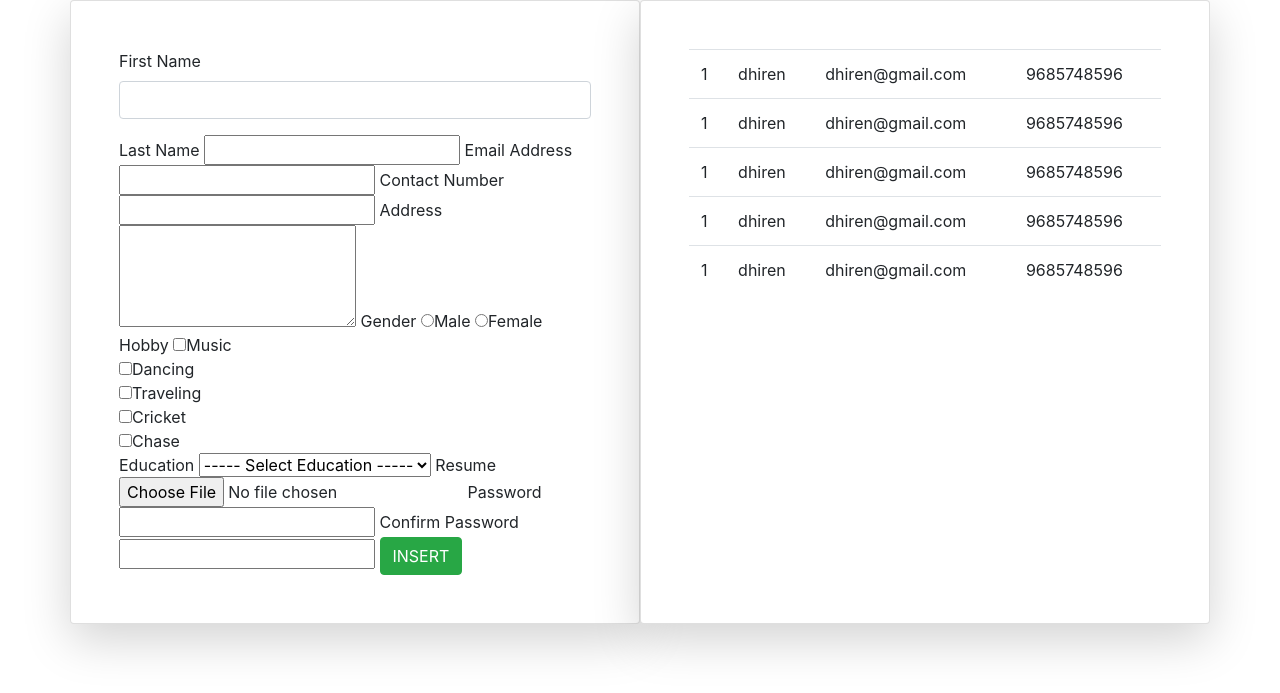
Repository: dhiren1618/OCT-JAVA-2023
Page: http://localhost/AdvancedJava/bootstrap.jsp
An editor plug-in stored every save of this project. The page is shown before and after the next save, followed by the edit.
The browser window is 1280 px wide. The pictures show the whole page.
The page is served by Tomcat 9. Other server files are loaded and not shown.

Above is the page before, as saved 2024-06-15 10:59:56.

### AdvancedJava/src/main/webapp/bootstrap.jsp
<%@ page language="java" contentType="text/html; charset=UTF-8"
	pageEncoding="UTF-8"%>
<!DOCTYPE html>
<html>
<head>
<meta charset="UTF-8">
<title>Advance Java Tutorial</title>
<link rel="stylesheet" href="https://cdn.jsdelivr.net/npm/bootstrap@4.3.1/dist/css/bootstrap.min.css" integrity="sha384-ggOyR0iXCbMQv3Xipma34MD+dH/1fQ784/j6cY/iJTQUOhcWr7x9JvoRxT2MZw1T" crossorigin="anonymous">
<script src="https://code.jquery.com/jquery-3.3.1.slim.min.js" integrity="sha384-q8i/X+965DzO0rT7abK41JStQIAqVgRVzpbzo5smXKp4YfRvH+8abtTE1Pi6jizo" crossorigin="anonymous"></script>
<script src="https://cdn.jsdelivr.net/npm/popper.js@1.14.7/dist/umd/popper.min.js" integrity="sha384-UO2eT0CpHqdSJQ6hJty5KVphtPhzWj9WO1clHTMGa3JDZwrnQq4sF86dIHNDz0W1" crossorigin="anonymous"></script>
<script src="https://cdn.jsdelivr.net/npm/bootstrap@4.3.1/dist/js/bootstrap.min.js" integrity="sha384-JjSmVgyd0p3pXB1rRibZUAYoIIy6OrQ6VrjIEaFf/nJGzIxFDsf4x0xIM+B07jRM" crossorigin="anonymous"></script>


</head>

<body>

	<div class="container">
		<div class="row">
			<div class="col-md-6 card p-5  shadow-lg">
	<form action="" method="post" name="insert">


				<div class="form-group">
				<label >First Name</label>
				<input id="fname" type="text" name="fname" onblur="validateFirstName();" class="form-control">
				<span id="error_fname" class="text-danger"></span>
				</div>

			<tr>
				<td>Last Name</td>
				<td><input type="text" name="lname"></td>
			</tr>

			<tr>
				<td>Email Address</td>
				<td><input type="email" name="email" id="email" onblur="validateEmail();"></td>
				<td><span id="error_email" style="color: red;"></span></td>
			</tr>

			<tr>
				<td>Contact Number</td>
				<td><input type="text" name="contact" id="contact" onblur="validateContact();"></td>
				<td><span id="error_contact" style="color: red;"></span></td>
			</tr>

			<tr>
				<td>Address</td>
				<td><textarea cols="21" rows="4" name="address"></textarea></td>
			</tr>

			<tr>
				<td>Gender</td>
				<td><input type="radio" name="gender" value="male">Male
					<input type="radio" name="gender" value="female">Female</td>
			</tr>

			<tr>
				<td>Hobby</td>
				<td><input type="checkbox" name="hobby" value="music">Music<br>
					<input type="checkbox" name="hobby" value="dancing">Dancing<br>
					<input type="checkbox" name="hobby" value="traveling">Traveling<br>
					<input type="checkbox" name="hobby" value="cricket">Cricket<br>
					<input type="checkbox" name="hobby" value="chess">Chase<br>
				</td>
			</tr>

			<tr>
				<td>Education</td>
				<td><select name="education">
						<option>----- Select Education -----</option>
						<option value="10th">10th</option>
						<option value="12th">12th</option>
						<option value="BCA">BCA</option>
						<option value="MCA">MCA</option>
						<option value="BE">BE</option>
						<option value="ME">ME</option>
						<option value="other">Others</option>
				</select></td>
			</tr>

			<tr>
				<td>Resume</td>
				<td><input type="file" name="resume"></td>
			</tr>

			<tr>
				<td>Password</td>
				<td><input type="password" name="password"></td>
			</tr>

			<tr>
				<td>Confirm Password</td>
				<td><input type="password" name="cpassword"></td>
			</tr>

			<tr>
				<td colspan="2" align="center"><input type="submit"
					value="INSERT" class="btn btn-success"></td>
			</tr>



	</form>
	</div>

	<div class="col-md-6 card p-5  shadow-lg">


		<table class="table">
		<tr>
		<td>1</td>
		<td>dhiren</td>
		<td>dhiren@gmail.com</td>
		<td>9685748596</td>
		</tr>
		<tr>
		<td>1</td>
		<td>dhiren</td>
		<td>dhiren@gmail.com</td>
		<td>9685748596</td>
		</tr>
		<tr>
		<td>1</td>
		<td>dhiren</td>
		<td>dhiren@gmail.com</td>
		<td>9685748596</td>
		</tr>
		<tr>
		<td>1</td>
		<td>dhiren</td>
		<td>dhiren@gmail.com</td>
		<td>9685748596</td>
		</tr>
		<tr>
		<td>1</td>
		<td>dhiren</td>
		<td>dhiren@gmail.com</td>
		<td>9685748596</td>
		</tr>
		</table>


	</div>


		</div>
</div>
</body>



</html>

After the next save:
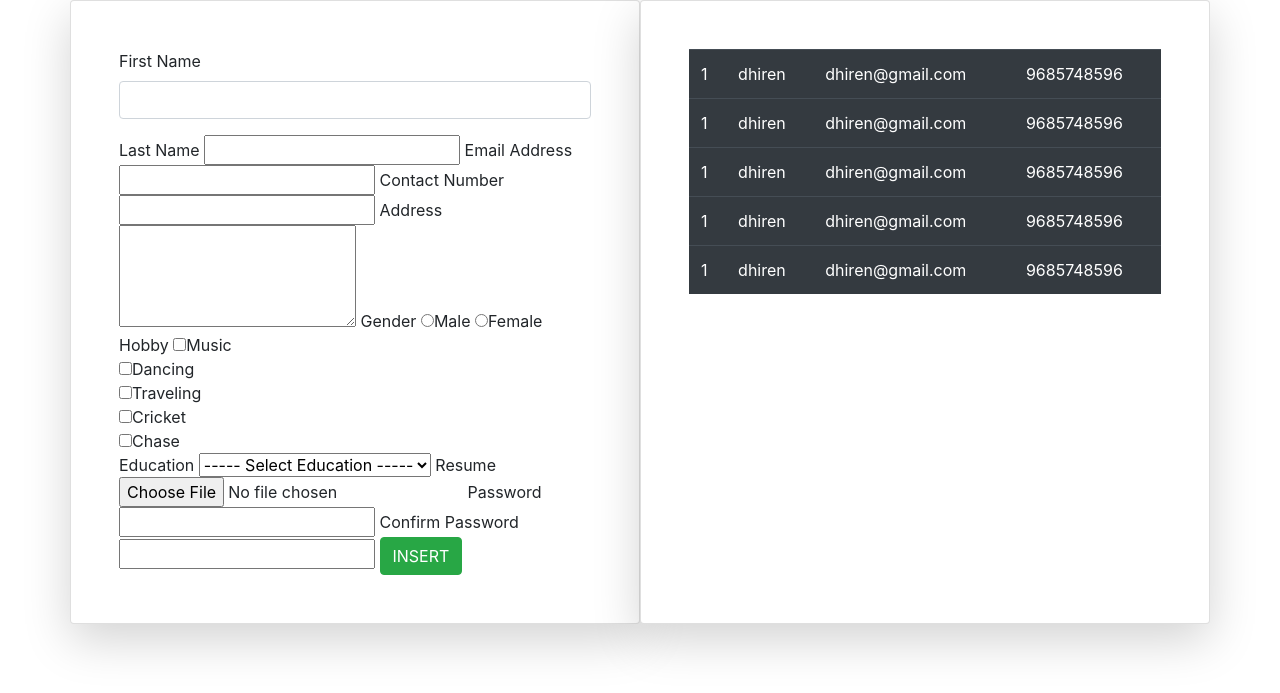
Saved 31 s later.
--- a/AdvancedJava/src/main/webapp/bootstrap.jsp
+++ b/AdvancedJava/src/main/webapp/bootstrap.jsp
@@ -107,7 +107,7 @@
 	<div class="col-md-6 card p-5  shadow-lg">
 
 
-		<table class="table">
+		<table class="table table-dark">
 		<tr>
 		<td>1</td>
 		<td>dhiren</td>
